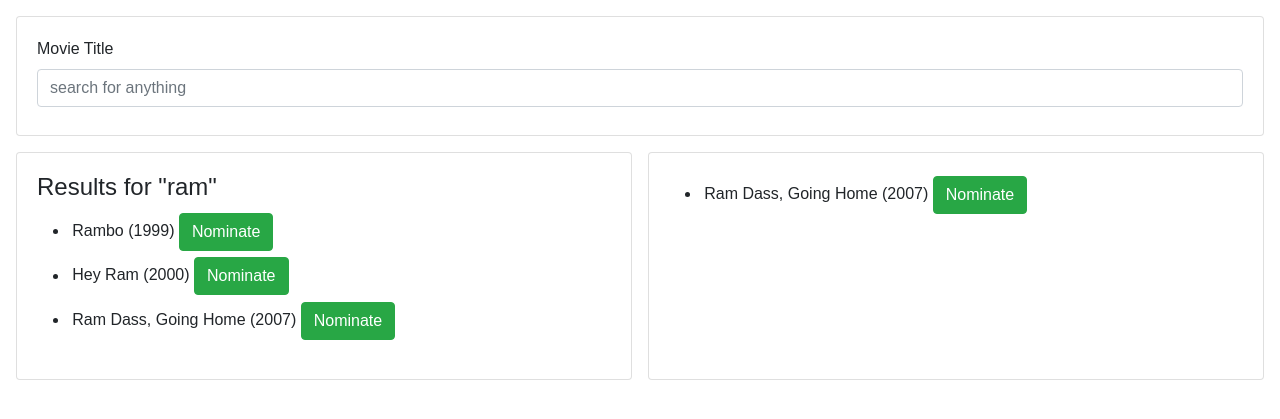
Repository: akinsikuoluwafemi/shoppies-movie-collection
Page: /
The author's editor kept a copy of each file at every save. The page is drawn from the files as they stood at one save, then again after the next save.
The browser window is 1280 px wide. The pictures show the whole page.
The project was rebuilt for these pictures with package versions that can differ from the ones it lists, and the page was loaded fresh each time. Also part of the build but not shown: src/App.css.

Above is the page before, as saved 2021-01-10 09:19:24.

### public/index.html
<!DOCTYPE html>
<html lang="en">
  <head>
    <meta charset="utf-8" />
    <link rel="icon" href="%PUBLIC_URL%/huge.png" />
    <meta name="viewport" content="width=device-width, initial-scale=1" />
    <meta name="theme-color" content="#000000" />
    <meta
      name="description"
      content="Web site created using create-react-app"
    />
    <link rel="apple-touch-icon" href="%PUBLIC_URL%/logo192.png" />


    <link rel="stylesheet" href="https://stackpath.bootstrapcdn.com/bootstrap/4.4.1/css/bootstrap.min.css"
      integrity="sha384-Vkoo8x4CGsO3+Hhxv8T/Q5PaXtkKtu6ug5TOeNV6gBiFeWPGFN9MuhOf23Q9Ifjh" crossorigin="anonymous">
    <!--
      manifest.json provides metadata used when your web app is installed on a
      user's mobile device or desktop. See https://developers.google.com/web/fundamentals/web-app-manifest/
    -->
    <link rel="manifest" href="%PUBLIC_URL%/manifest.json" />
    <!--
      Notice the use of %PUBLIC_URL% in the tags above.
      It will be replaced with the URL of the `public` folder during the build.
      Only files inside the `public` folder can be referenced from the HTML.

      Unlike "/favicon.ico" or "favicon.ico", "%PUBLIC_URL%/favicon.ico" will
      work correctly both with client-side routing and a non-root public URL.
      Learn how to configure a non-root public URL by running `npm run build`.
    -->
    <title>Shoppies Movie Collection</title>
  </head>
  <body>
    <noscript>You need to enable JavaScript to run this app.</noscript>
    <div id="root"></div>
    <!--
      This HTML file is a template.
      If you open it directly in the browser, you will see an empty page.

      You can add webfonts, meta tags, or analytics to this file.
      The build step will place the bundled scripts into the <body> tag.

      To begin the development, run `npm start` or `yarn start`.
      To create a production bundle, use `npm run build` or `yarn build`.
    -->
    <script
  src="https://code.jquery.com/jquery-3.3.1.slim.min.js"
  integrity="sha384-q8i/X+965DzO0rT7abK41JStQIAqVgRVzpbzo5smXKp4YfRvH+8abtTE1Pi6jizo"
  crossorigin="anonymous"
></script>
<script
  src="https://cdnjs.cloudflare.com/ajax/libs/popper.js/1.14.7/umd/popper.min.js"
  integrity="sha384-UO2eT0CpHqdSJQ6hJty5KVphtPhzWj9WO1clHTMGa3JDZwrnQq4sF86dIHNDz0W1"
  crossorigin="anonymous"
></script>
<script
  src="https://stackpath.bootstrapcdn.com/bootstrap/4.3.1/js/bootstrap.min.js"
  integrity="sha384-JjSmVgyd0p3pXB1rRibZUAYoIIy6OrQ6VrjIEaFf/nJGzIxFDsf4x0xIM+B07jRM"
  crossorigin="anonymous"
></script>

  </body>
</html>

### src/index.css

* {
    margin: 0;
    padding: 0;
    box-sizing: border-box;
    font-family: 'Poppins', sans-serif;

}

body {
  margin: 0;
  font-family: -apple-system, BlinkMacSystemFont, 'Segoe UI', 'Roboto', 'Oxygen',
    'Ubuntu', 'Cantarell', 'Fira Sans', 'Droid Sans', 'Helvetica Neue',
    sans-serif;
  -webkit-font-smoothing: antialiased;
  -moz-osx-font-smoothing: grayscale;
}

code {
  font-family: source-code-pro, Menlo, Monaco, Consolas, 'Courier New',
    monospace;
}

### src/App.js
import './App.css';
import Home from './Pages/Home';


function App() {
  return (
    <Home/>
  );
}

export default App;

### src/Pages/Home.js
import React from 'react';
import SearchBar from '../components/SearchBar';
import SearchResults from '../components/SearchResults';
import Nominations from '../components/Nominations';
import './Home.css';



export default function Home() {
    return (
      <div className="home-wrapper">
        <div className="home-wrapper_search">
          <SearchBar />
        </div>
        <div className=" search-wrapper">
          <SearchResults />
          <Nominations />
        </div>
      </div>
    );
}

### src/components/SearchBar.js
import React from 'react'

// http://www.omdbapi.com/?i=tt3896198&apikey=2a3aa076

export default function SearchBar() {
    return (
      <div class="card w-100">
            <div class="card-body">
                <div class="mb-2">
                    <label for="movie" class="form-label">Movie Title</label>
                    <input type="search" class="form-control" placeholder="search for anything"/>
                </div>
            </div>
      </div>
    );
}

### src/components/SearchResults.js
import React from 'react';
import CardWrapper from './CardWrapper';
import '../Pages/Home.css';


export default function SearchResults() {
    return (
        <CardWrapper>
            <h4>Results for "ram"</h4>
            <ul className="list">
                <li className="list-item" >Rambo (1999) <button className="btn btn-success" >Nominate</button></li>
                <li className="list-item" >Hey Ram (2000) <button className="btn btn-success" >Nominate</button></li>
                <li className="list-item" >Ram Dass, Going Home (2007) <button className="btn btn-success" >Nominate</button></li>


            </ul>
      </CardWrapper>
    );
}

### src/components/Nominations.js
import React from 'react';
import CardWrapper from './CardWrapper';


export default function Nominations() {
    return (<CardWrapper>

             <ul className="list">
                <li className="list-item" >Ram Dass, Going Home (2007) <button className="btn btn-success" >Nominate</button></li>


            </ul>
    </CardWrapper>

    )
}

### src/Pages/Home.css
.home-wrapper {
    padding: 1rem;
}

.search-wrapper {
    /* background: pink; */
    width: 100%;
    /* padding-top: 2rem; */
    display: grid;
    grid-template-rows: repeat(2,1fr);
    grid-template-columns: repeat(auto-fit, minmax(200px, 1fr));
    grid-gap: 1rem;
}
.home-wrapper_search {
    /* margin: .5rem; */
    padding-bottom: 1rem;

}

.list > li {
    margin-left: 2rem!important;
    padding: .2rem;
}

### src/components/CardWrapper.js
import React from 'react'

export default function CardWrapper({children}) {
    return (
      <div className="card w-100">
            <div className="card-body">{ children}</div>
      </div>
    );
}

Loaded but not shown: src/index.js (common file); src/reportWebVitals.js (common file)

After the next save:
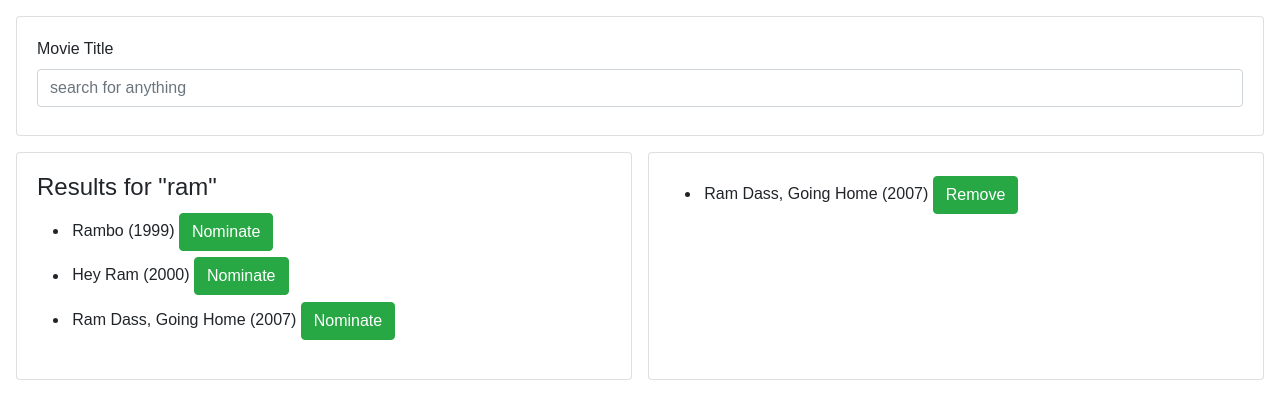
Saved 7 s later.
--- a/src/components/Nominations.js
+++ b/src/components/Nominations.js
@@ -6,7 +6,7 @@ export default function Nominations() {
     return (<CardWrapper>
 
              <ul className="list">
-                <li className="list-item" >Ram Dass, Going Home (2007) <button className="btn btn-success" >Nominate</button></li>
+                <li className="list-item" >Ram Dass, Going Home (2007) <button className="btn btn-success" >Remove</button></li>
 
 
             </ul>
